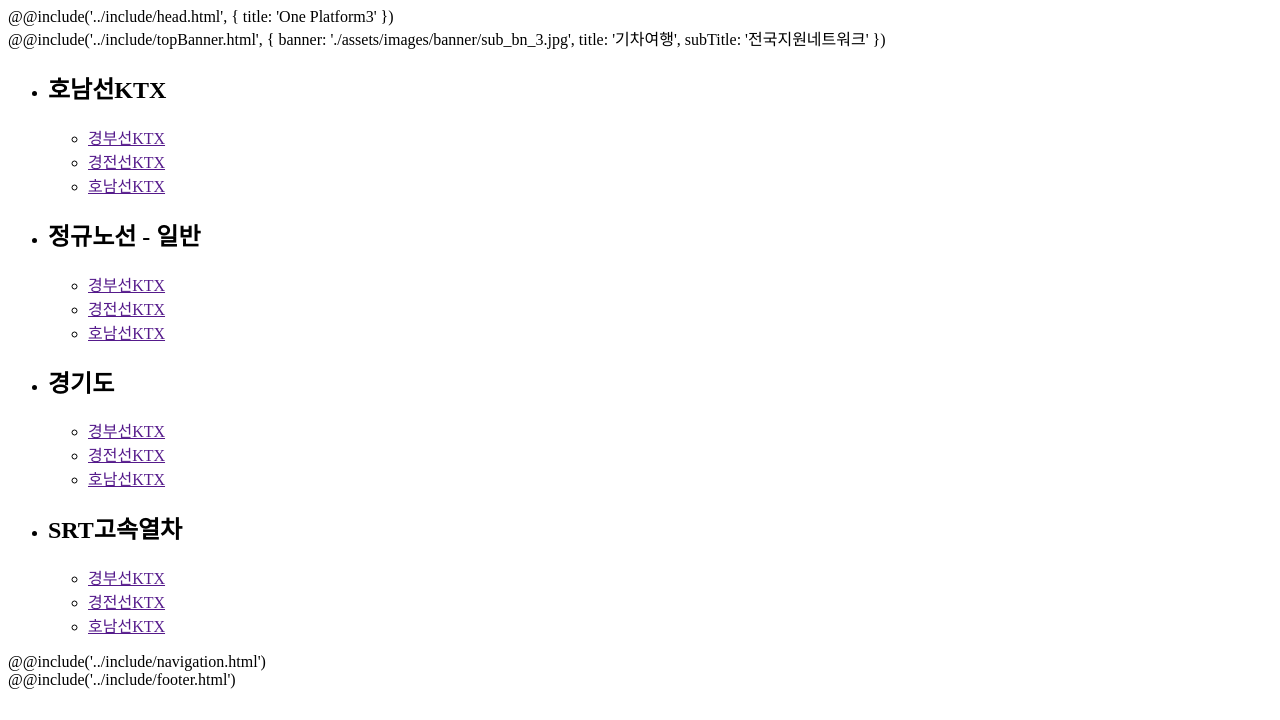
Repository: sunminigo/oneplatform
Page: workspace/html/train_travel.html
An editor plug-in stored every save of this project. The page is shown before and after the next save, followed by the edit.
The browser window is 1280 px wide. The pictures show the whole page.

Above is the page before, as saved 2021-10-09 19:47:38.

After the next save:
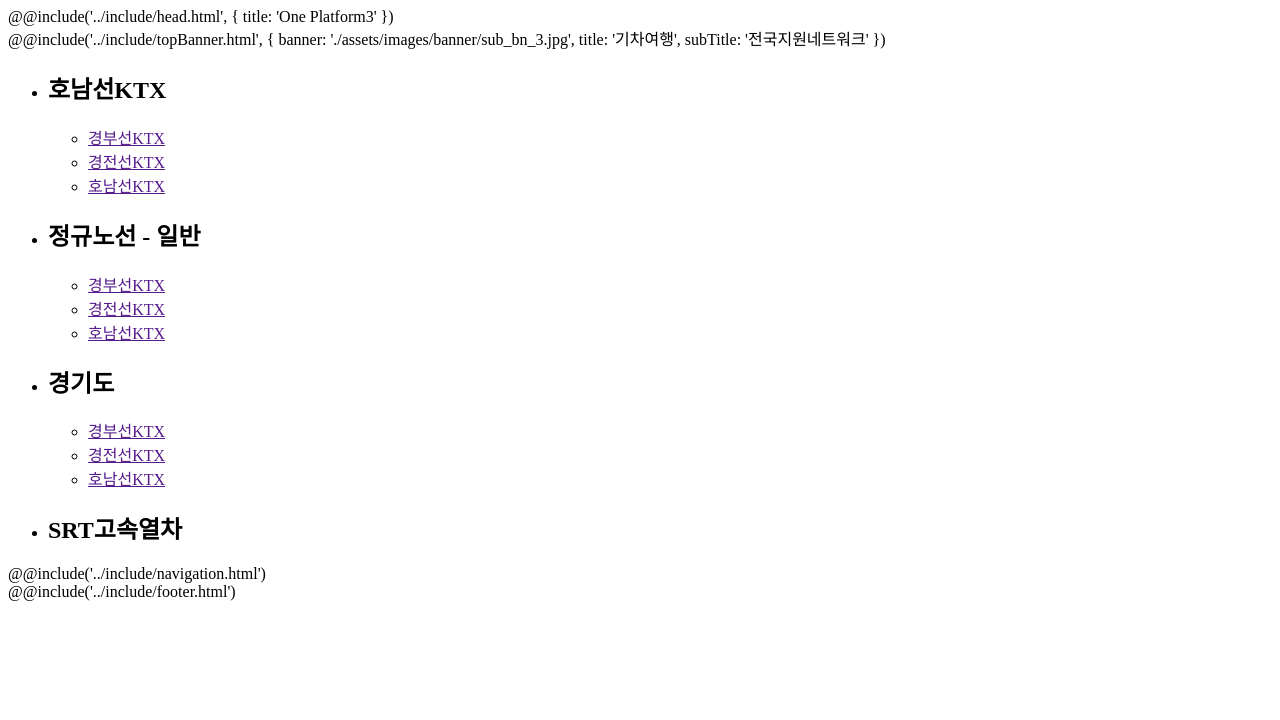
Saved 88 s later.
--- a/workspace/html/train_travel.html
+++ b/workspace/html/train_travel.html
@@ -35,11 +35,6 @@
 				</li>
 				<li>
 					<h2>SRT고속열차<i class="ph-caret-down-thin btn_dropdown"></i></h2>
-					<ul class="depth2">
-						<li><a href="">경부선KTX</a></li>
-						<li><a href="">경전선KTX</a></li>
-						<li><a href="">호남선KTX</a></li>
-					</ul>
 				</li>
 			</ul>
 		</div>
